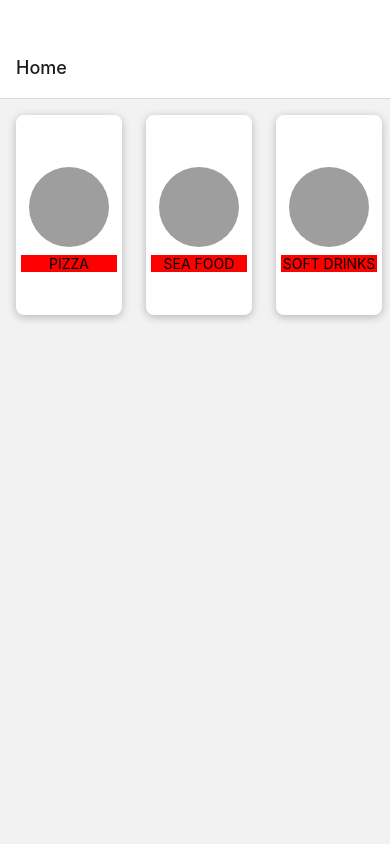
Repository: Esraa22M/ReactNative
Screen: /
An editor plug-in stored every save of this project. The screen is shown before and after the next save, followed by the edit.
Pictures or frames that could not be fetched are drawn as grey boxes. The app was drawn by React Native's web renderer in a window 390 px wide. The project was rebuilt for these pictures with package versions that can differ from the ones it lists, and the page was loaded fresh each time. Also part of the build but not shown: src/components/header/header.component.js, src/colors/front-screen-colors/user-auth-colors.js, src/components/header/header.styles.js, src/components/textInput/textInput.styles.js, src/components/textInput/textInput.components.jsx, src/components/singup-form-body/singup-form-body.components.js, src/screens/front-screen/Singup/singup-screen.screens.jsx, src/authentication/api/login-info.js and 2 more.

Above is the screen before, as saved 2023-09-21 00:52:20.

After the next save:
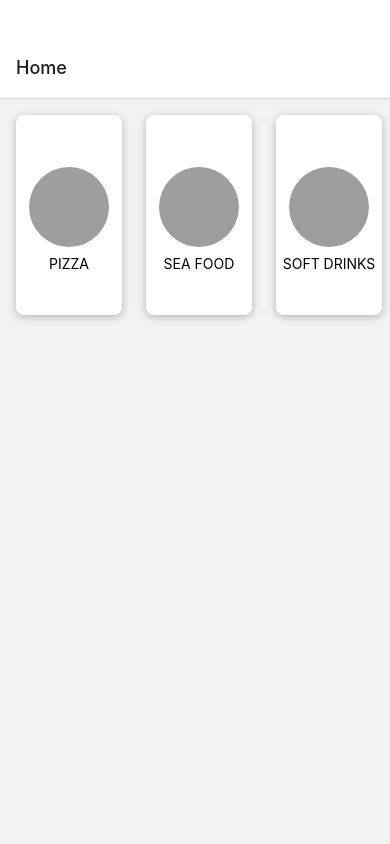
Saved 7 s later.
--- a/src/components/categories/category-item.components.js
+++ b/src/components/categories/category-item.components.js
@@ -37,7 +37,6 @@ const styles = StyleSheet.create({
     margin: 8,
   },
   categoryName: {
-    backgroundColor: "red",
     textAlign: "center",
     textTransform: "uppercase",
   },
